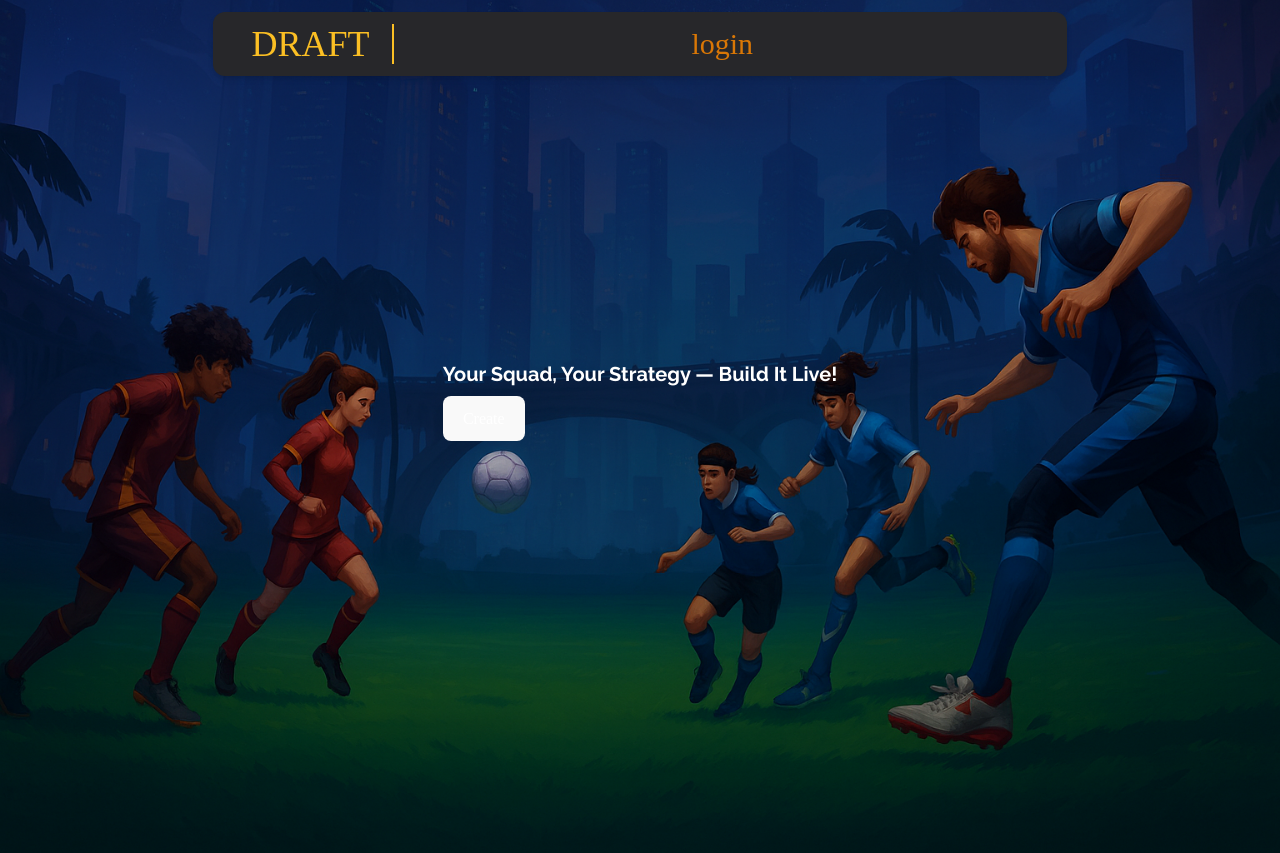
Repository: MehediMim/LeagueCrafter--Online-Auction-Platform-Project
Page: / (app in my-app/)
An editor plug-in stored every save of this project. The page is shown before and after the next save, followed by the edit.
The browser window is 1280 px wide. The pictures show the whole page.
Some web fonts or font styles are not loaded; a fallback is used. The project was rebuilt for these pictures with package versions that can differ from the ones it lists, and the page was loaded fresh each time. Also part of the build but not shown: my-app/vite.config.js, my-app/src/pages/Dashboard.jsx, my-app/src/pages/Login.jsx.

Above is the page before, as saved 2025-05-25 02:02:42.

After the next save:
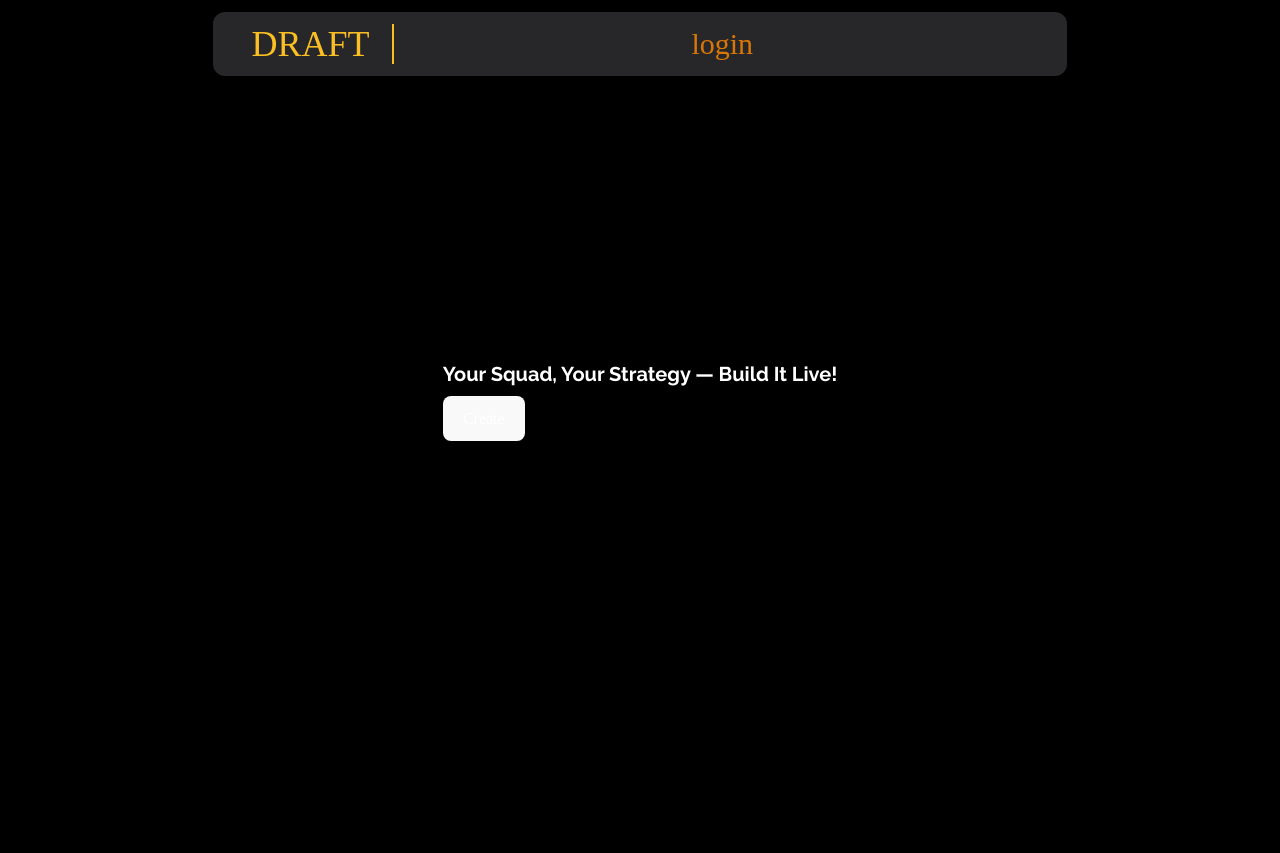
Saved 13 s later.
--- a/my-app/src/pages/Home.jsx
+++ b/my-app/src/pages/Home.jsx
@@ -3,7 +3,7 @@
     return (
         <div>
             <div className="w-screen h-auto absolute top-0 left-0 z-0">
-                <div className="w-full h-full bg-black">
+                <div className="w-full h-full bg-black absolute">
 
                 </div>
                 <div>

After the 2 saves that followed:
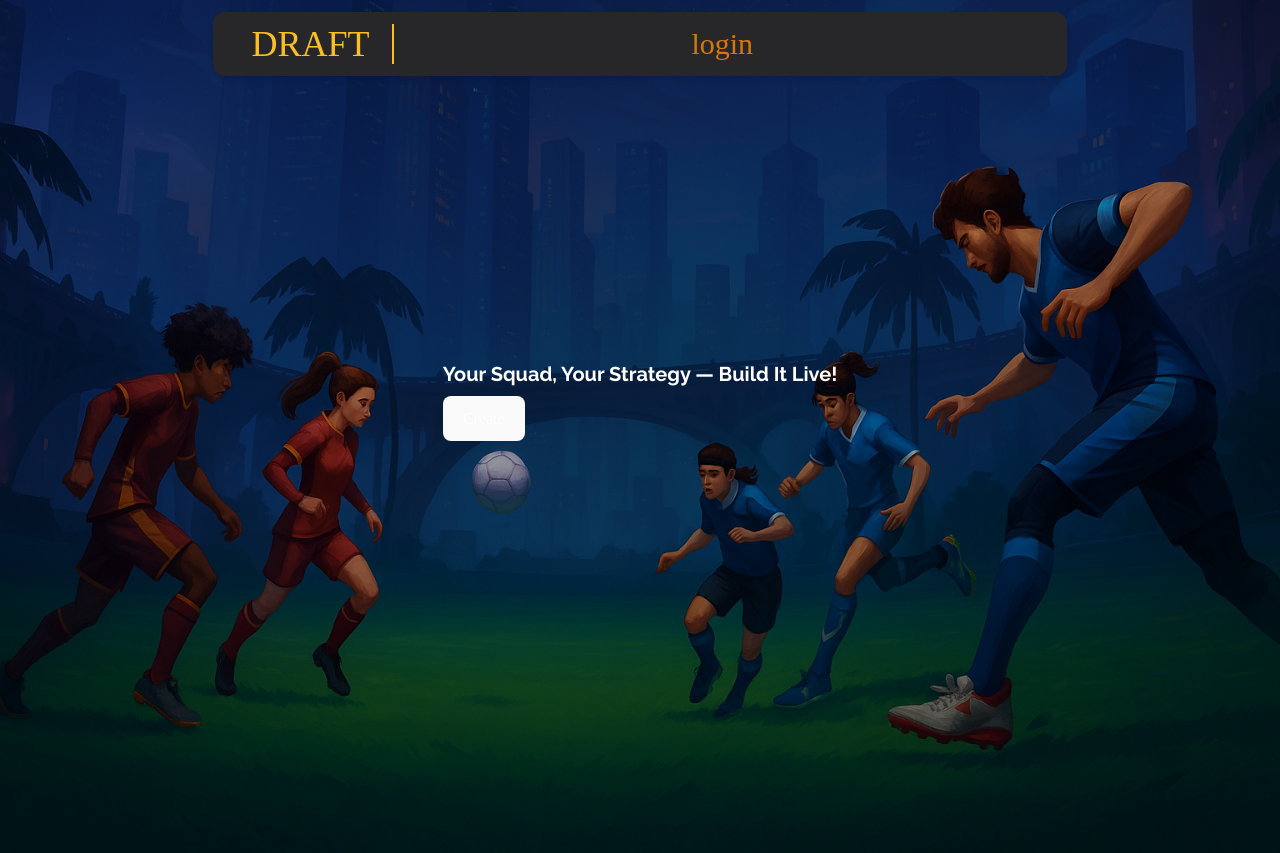
The 2 saves are shown as one change because they came seconds apart.
The last was saved 7 s later.
--- a/my-app/src/pages/Home.jsx
+++ b/my-app/src/pages/Home.jsx
@@ -3,7 +3,7 @@
     return (
         <div>
             <div className="w-screen h-auto absolute top-0 left-0 z-0">
-                <div className="w-full h-full bg-black absolute">
+                <div className="w-full h-full bg-black absolute opacity-5">
 
                 </div>
                 <div>
